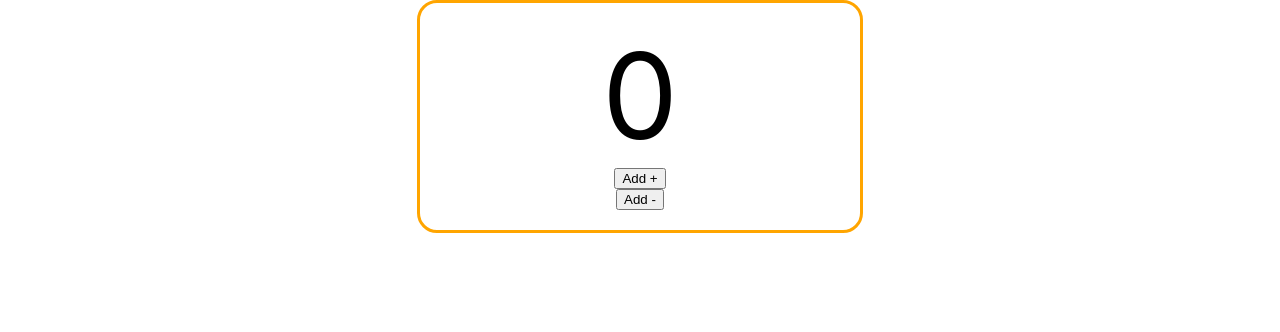
Repository: dnjfht/css-example
Page: /
An editor plug-in stored every save of this project. The page is shown before and after the next save, followed by the edit.
The browser window is 1280 px wide. The pictures show the whole page.
The project was rebuilt for these pictures with package versions that can differ from the ones it lists, and the page was loaded fresh each time.

Above is the page before, as saved 2023-05-09 18:45:19.

### src/App.js
import React, { useState } from "react";
import Counter from "./components/Counter";

export default function App() {
  const [count, setCount] = useState(0);
  return (
    <div>
      <Counter count={count} setCount={setCount} />
    </div>
  );
}

### src/components/Counter.jsx
import React from "react";

export default function Counter({ count, setCount }) {
  const handleClickCountUp = () => {
    setCount(count + 1);
  };

  const handleClickCountDown = () => {
    if (count > 0) setCount(count - 1);
  };

  return (
    <div
      style={{
        width: 400,
        marginTop: 60,
        padding: 20,
        margin: "0 auto",
        border: "3px solid orange",
        borderRadius: 20,
        display: "flex",
        flexDirection: "column",
        alignItems: "center",
      }}
    >
      <span style={{ fontSize: 120 }}>{count}</span>
      <button onClick={handleClickCountUp}>Add +</button>
      <button onClick={handleClickCountDown}>Add -</button>
    </div>
  );
}

Loaded but not shown: public/index.html (common file); src/index.js (common file); src/index.css (common file); src/reportWebVitals.js (common file)

After the next save:
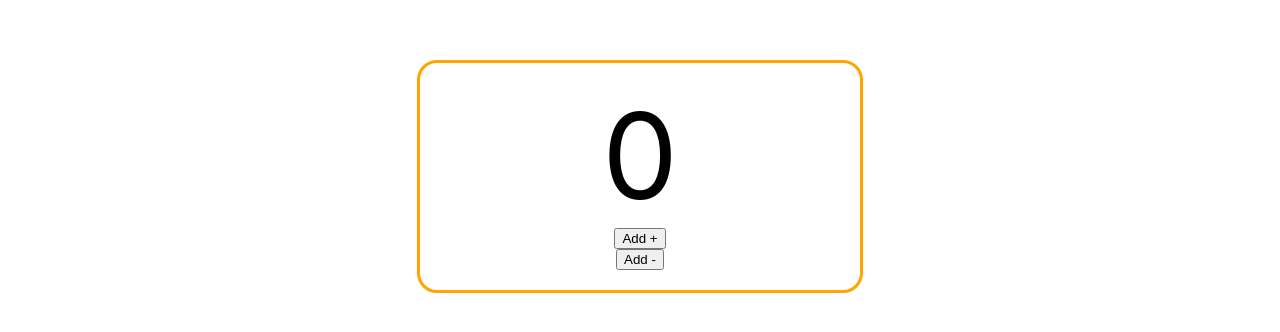
Saved 44 s later.
--- a/src/components/Counter.jsx
+++ b/src/components/Counter.jsx
@@ -13,9 +13,8 @@ export default function Counter({ count, setCount }) {
     <div
       style={{
         width: 400,
-        marginTop: 60,
         padding: 20,
-        margin: "0 auto",
+        margin: "60px auto",
         border: "3px solid orange",
         borderRadius: 20,
         display: "flex",
